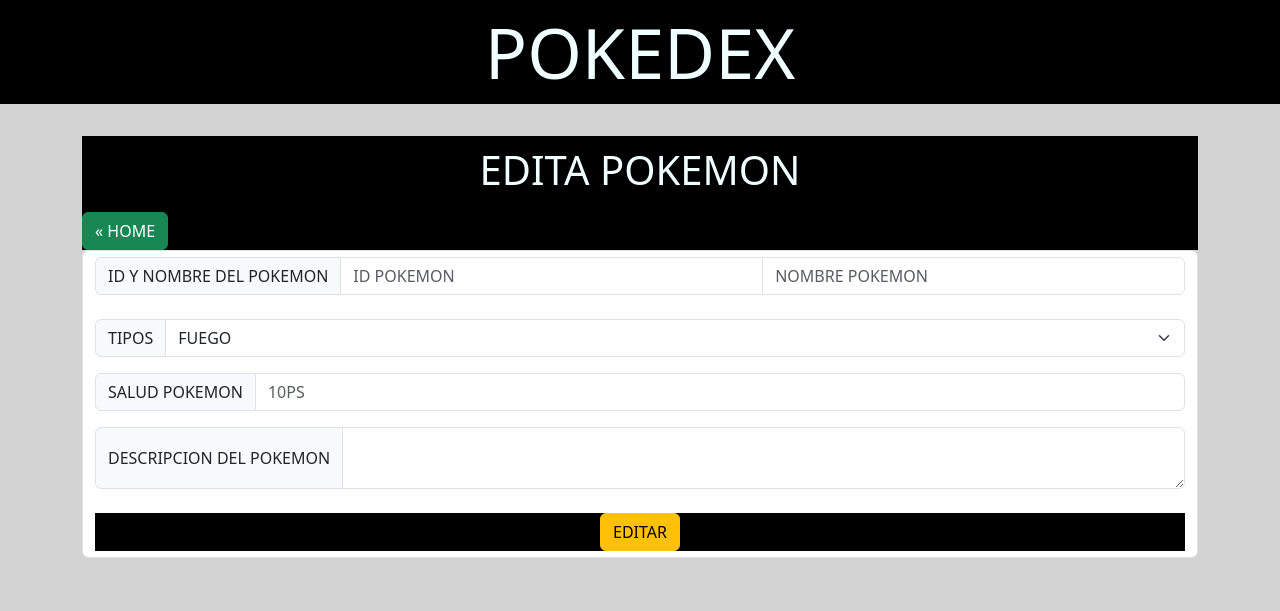
Repository: Edi521/Paginas-web-con-thymeleaf
Page: http://localhost/editar
These files come from the project's save history. The page is drawn as it stood at one moment and after a run of saves; the edit follows.
The browser window is 1280 px wide. The pictures show the whole page.
The page is this project's Thymeleaf template; nobody is signed in. The template is opened directly, without the code that normally fills it, so the values that code supplies are empty.

Above is the page before, as saved 2024-11-27 00:59:45.

### Pokedex/src/main/resources/templates/editar.html
<!DOCTYPE html>
<html lang="en">
<head>
    <meta charset="UTF-8">
    <meta name="viewport" content="width=device-width, initial-scale=1.0">
	<link href="https://cdn.jsdelivr.net/npm/bootstrap@5.3.3/dist/css/bootstrap.min.css" rel="stylesheet"
	 integrity="sha384-QWTKZyjpPEjISv5WaRU9OFeRpok6YctnYmDr5pNlyT2bRjXh0JMhjY6hW+ALEwIH" crossorigin="anonymous">
    <title>Pokedex</title>
</head>
<body style="background-color: lightgray;">

	<div style="background-color: black;">
		<h1 style="text-align: center; color: azure; font-size: 70px; padding: 10px;">POKEDEX</h1>
		<div style="text-align: center;">
		</div>
	</div>
	<br>
	<div class="container">

		<div  class="card-header" style="background-color: black;">
			<h2 style="text-align: center; color: azure; font-size: 40px; padding: 10px;">EDITA POKEMON</h2>
			<a type="button" class="btn btn-success" th:href="@{/}">  « HOME</a>
		</div>
		<div class="card-body">
			<div class="form-control">
				<form th:object="${pokemon}" method="post" th:action="@{/guardar}">

					<div class="input-group">
					  <span class="input-group-text">ID Y NOMBRE DEL POKEMON</span>
					  <input type="number" name="id" min="1" placeholder="ID POKEMON" class="form-control" th:field="*{idPokemon}" readonly>
					  <input type="text" name="nombre" placeholder="NOMBRE POKEMON"  class="form-control" th:field="*{nombre}" required>
					</div>

					<br>
					<div class="input-group mb-3">
					  <label class="input-group-text" for="inputGroupSelect01">TIPOS</label>
					  <select class="form-select" id="inputGroupSelect01" name="tipo" th:field="*{tipo}" required>
					    <option value="FUEGO">FUEGO</option>
					    <option value="AGUA">AGUA</option>
					    <option value="ELECTRICO">ELECTRICO</option>
					    <option value="BICHO">BICHO</option>
					  </select>
					</div>

					<div class="input-group mb-3">
					  <span class="input-group-text" id="basic-addon1">SALUD POKEMON</span>
					  <input type="number" class="form-control" placeholder="10PS" name="salud" th:field="*{salud}" required>
					</div>

					<div class="input-group">
					  <span class="input-group-text">DESCRIPCION DEL POKEMON</span>
					  <textarea class="form-control" name="descripcion" required th:field="*{descripcion}"></textarea>
					</div>
					<br>
					<div  class="card-footer" style="text-align: center; background-color: black;">
						<button class="btn btn-warning" type="submit" name="Editar">EDITAR</button>
					</div>

				</form>
			</div>

		</div>


	</div>



</body>
</html>

After the next 2 saves:
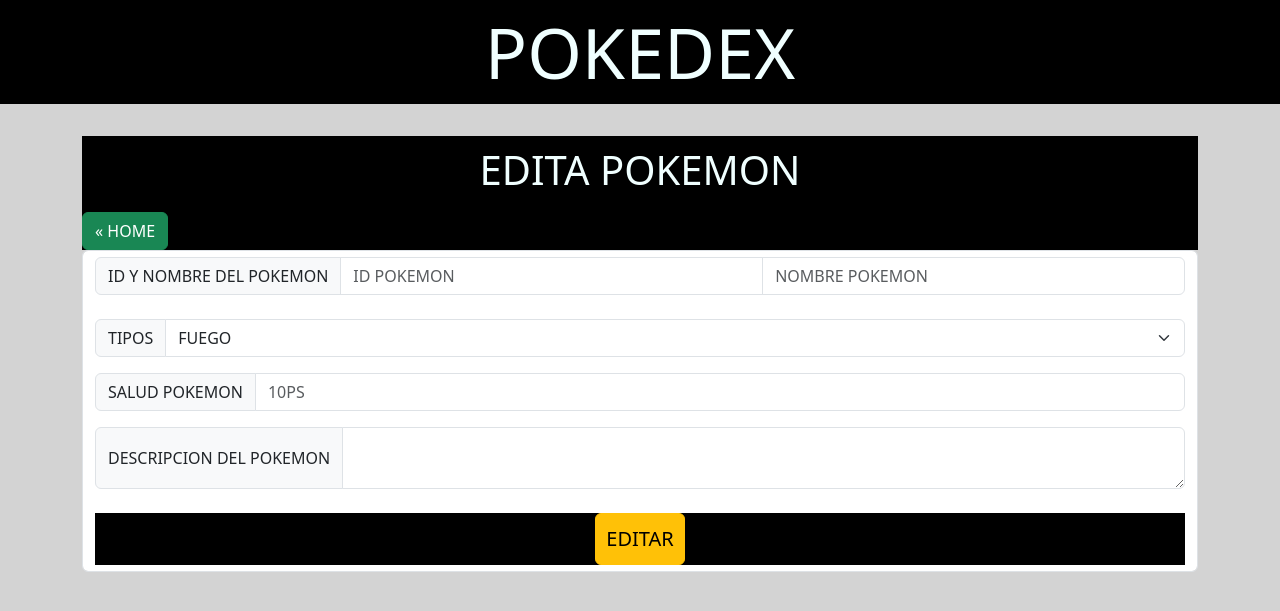
The 2 saves are shown as one change because they came seconds apart.
The last was saved 59 s later.
--- a/Pokedex/src/main/resources/templates/editar.html
+++ b/Pokedex/src/main/resources/templates/editar.html
@@ -53,7 +53,7 @@
 					</div>
 					<br>
 					<div  class="card-footer" style="text-align: center; background-color: black;">
-						<button class="btn btn-warning" type="submit" name="Editar">EDITAR</button>
+						<button class="btn btn-warning" type="submit" name="Editar" style="font-size: 20px; padding: 10px;">EDITAR</button>
 					</div>
 
 				</form>
